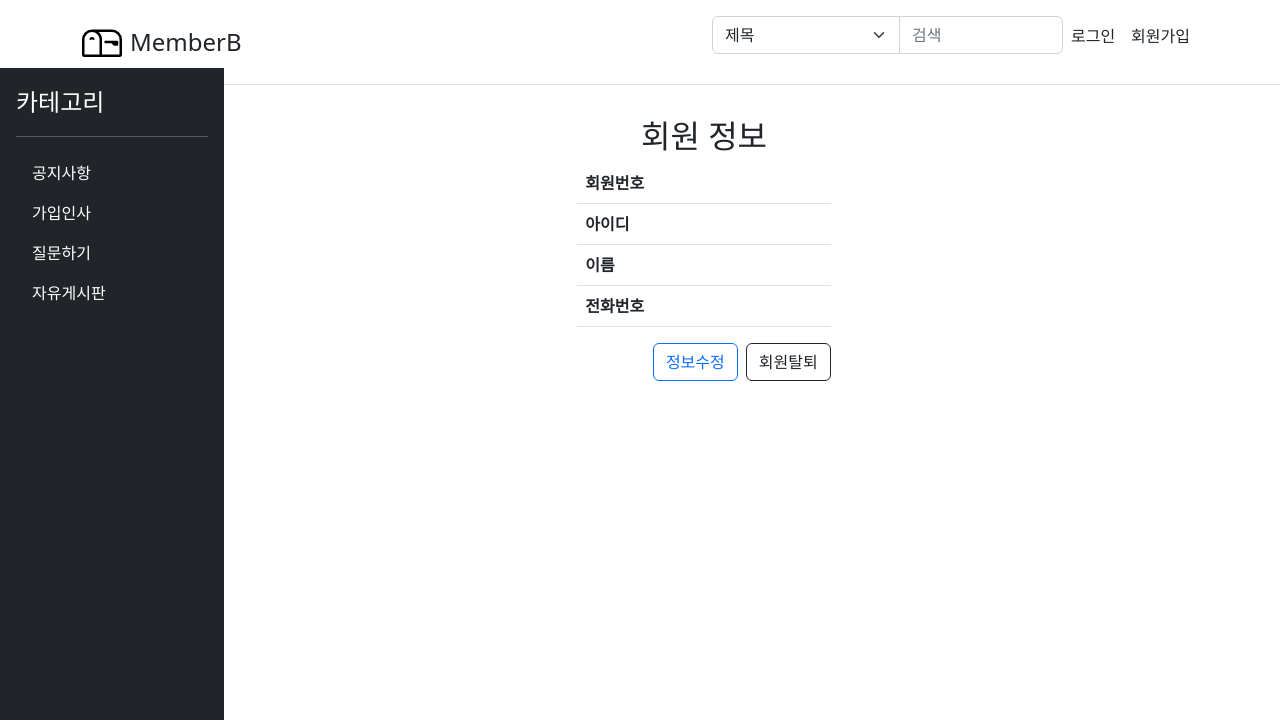
Repository: charmErin/board_220915
Page: http://localhost/board/WEB-INF/views/member/detail.jsp
These files come from the project's save history. The page is drawn as it stood at one moment and after the next save; the edit follows.
The browser window is 1280 px wide. The pictures show the whole page.
The page is served by Tomcat 9. Nobody is signed in. Other server files are loaded and not shown. The template is opened directly, without the code that normally fills it, so the values that code supplies are empty.

Above is the page before, as saved 2022-09-16 02:28:55.
Console error: SyntaxError: Unexpected token ';'

### board/src/main/webapp/WEB-INF/views/member/detail.jsp
<%@ page language="java" contentType="text/html; charset=UTF-8"
    pageEncoding="UTF-8"%>
<%@ taglib uri="http://java.sun.com/jsp/jstl/core" prefix="c" %>
<!DOCTYPE html>
<html>
<head>
<meta charset="UTF-8">
<title>Insert title here</title>
<style>
	.body-content {
		margin-top: 2rem;
		margin-left: 15rem;
		padding-left: 3rem;
		padding-right: 10rem;
	}

	h2 {
		text-align: center;
		margin: 50px;
	}
</style>
</head>
<body>
	<%@include file ="../layout/header.jsp" %>
	<div class="body-content">
	<div class="container col-4">
		<h2>회원 정보</h2>
		<table class="table">
			<tr>
				<th scope="row">회원번호</th>
				<td>${member.id}</td>
			</tr>
			<tr>
				<th scope="row">아이디</th>
				<td>${member.loginId}</td>
			</tr>
			<tr>
				<th scope="row">이름</th>
				<td>${member.memberName}</td>
			</tr>
			<tr>
				<th scope="row">전화번호</th>
				<td>${member.memberMobile}</td>
			</tr>
		</table>
		<c:if test="${sessionScope.id == member.id}">
			<c:choose>
				<c:when test="${sessionScope.memberName == '관리자'}">
					<div class="d-grid gap-2 d-md-flex justify-content-md-end">
						<button type="button" class="btn btn-outline-dark" onclick="memberList()">회원목록</button>
					</div>
				</c:when>
				<c:otherwise>
					<div class="d-grid gap-2 d-md-flex justify-content-md-end">
				<button type="button" class="btn btn-outline-primary" onclick="memberUpdate()">정보수정</button>
				<button type="button" class="btn btn-outline-dark" onclick="memberDelete()">회원탈퇴</button>
			</div>
				</c:otherwise>
			</c:choose>
		</c:if>
	</div>
	</div>
</body>
<script>
	const memberUpdate = () => {
		location.href = "/member/update-form/" + ${sessionScope.id};
	}

	const memberDelete = () => {
		location.href = "/member/delete/" + ${sessionScope.id};
	}

	const memberList = () => {
		location.href = "/member/findAll";
	}
</script>
</html>

### board/src/main/webapp/WEB-INF/views/layout/header.jsp
<%@ page language="java" contentType="text/html; charset=UTF-8"
    pageEncoding="UTF-8"%>
<%@ taglib uri="http://java.sun.com/jsp/jstl/core" prefix="c" %>
<%@ taglib prefix="fmt" uri="http://java.sun.com/jsp/jstl/fmt" %>
<!DOCTYPE html>
<html>
<head>
<meta charset="UTF-8">
<link href="https://cdn.jsdelivr.net/npm/bootstrap@5.2.1/dist/css/bootstrap.min.css" rel="stylesheet" integrity="sha384-iYQeCzEYFbKjA/T2uDLTpkwGzCiq6soy8tYaI1GyVh/UjpbCx/TYkiZhlZB6+fzT" crossorigin="anonymous">
<title>Insert title here</title>
<style>
	.side-bar {
		width: 14rem;
		height: 100%;
		position: fixed;
		display: inline !important;
		z-index: 1;
		padding: 0;
	}
</style>
</head>
<body>
	<header class="py-3 border-bottom header-fix">
		<div class="container d-flex flex-wrap justify-content-center">
			<a href="/" class="d-flex align-items-center mb-3 mb-lg-0 me-lg-auto text-dark text-decoration-none">
				<img src="../../../resources/svg/mailbox.svg" width="40" height="40">
				<span class="fs-4 m-2">
					MemberB
				</span>
			</a>
			<form class="col-md-auto" action="/board/search" method="get">
				<div class="input-group">
					<select class="form-select" name="searchType">
						<option value="boardTitle">제목</option>
						<option value="boardWriter">작성자</option>
						<option value="boardContetns">내용</option>
					</select>
					<input class="form-control col-2" type="text" name="q" placeholder="검색" aria-label="Search">
				</div>
			</form>
			<div>
				<c:choose>
					<c:when test="${sessionScope.id == null}">
						<ul class="nav">
							<li class="nav-item">
								<a href="/member/login-form" class="nav-link link-dark px-2">로그인</a>
							</li>
							<li class="nav-item">
								<a href="/member/save-form" class="nav-link link-dark px-2">회원가입</a>
							</li>
						</ul>
					</c:when>
					<c:otherwise>
						<ul class="nav">
							<li class="nav-item">
								<a href="/member/detail/${sessionScope.id}" class="nav-link link-dark px-2">${sessionScope.memberName}</a>
							</li>
							<c:if test="${sessionScope.loginId eq 'admin'}">
								<li class="nav-item">
									<a href="/member/findAll" class="nav-link link-dark px-2">회원목록</a>
								</li>
							</c:if>
							<li class="nav-item">
								<a href="/member/logout" class="nav-link link-dark px-2">로그아웃</a>
							</li>
						</ul>
					</c:otherwise>
				</c:choose>
			</div>
		</div>
		<div class="d-flex flex-column flex-shrink-0 p-3 text-bg-dark side-bar">
			<span class="fs-4">카테고리</span>
			<hr>
			<ul class="nav nav-pills flex-column mb-auto">
				<li class="nav-item">
					<a href="/board/1" class="nav-link text-white">공지사항</a>
				</li>
				<li>
					<a href="/board/2" class="nav-link text-white">가입인사</a>
				</li>
				<li>
					<a href="/board/3" class="nav-link text-white">질문하기</a>
				</li>
				<li>
					<a href="/board/4" class="nav-link text-white">자유게시판</a>
				</li>
			</ul>
		</div>
	</header>
</body>
</html>

### board/src/main/webapp/resources/svg/mailbox.svg
<svg xmlns="http://www.w3.org/2000/svg" width="16" height="16" fill="currentColor" class="bi bi-mailbox" viewBox="0 0 16 16">
  <path d="M4 4a3 3 0 0 0-3 3v6h6V7a3 3 0 0 0-3-3zm0-1h8a4 4 0 0 1 4 4v6a1 1 0 0 1-1 1H1a1 1 0 0 1-1-1V7a4 4 0 0 1 4-4zm2.646 1A3.99 3.99 0 0 1 8 7v6h7V7a3 3 0 0 0-3-3H6.646z"/>
  <path d="M11.793 8.5H9v-1h5a.5.5 0 0 1 .5.5v1a.5.5 0 0 1-.5.5h-1a.5.5 0 0 1-.354-.146l-.853-.854zM5 7c0 .552-.448 0-1 0s-1 .552-1 0a1 1 0 0 1 2 0z"/>
</svg>

After the next save:
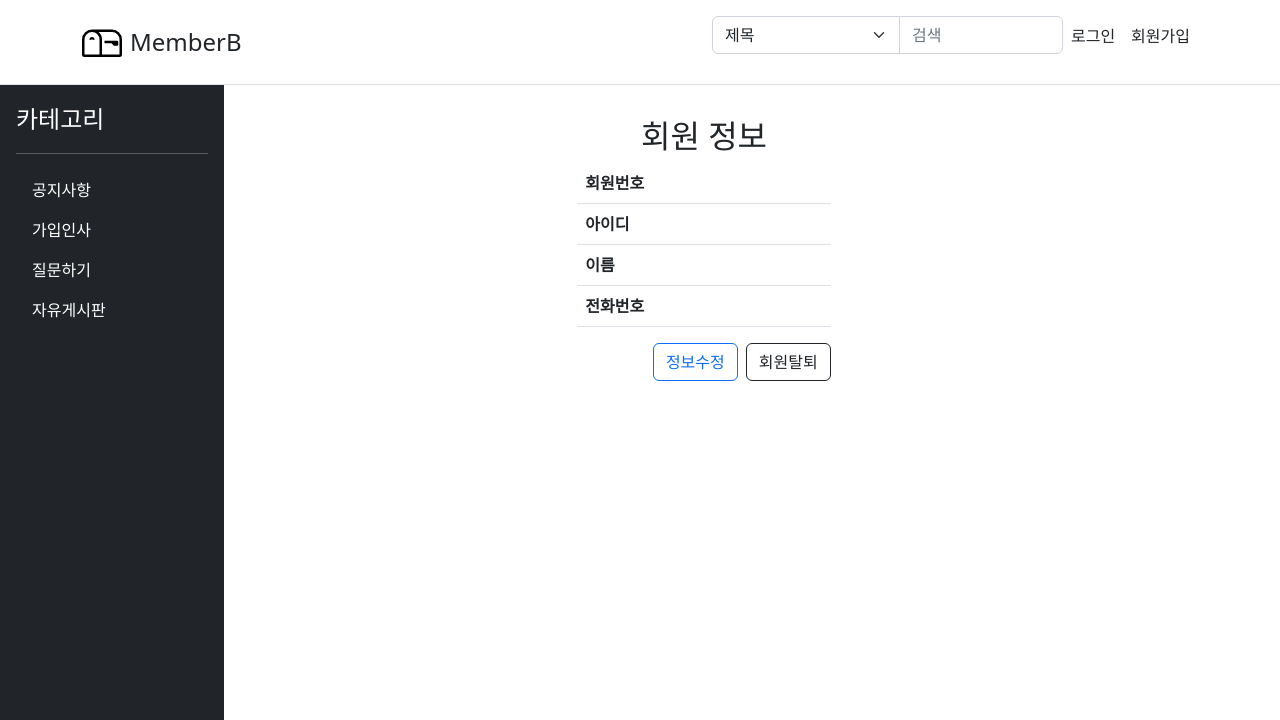
Saved 14 s later.
--- a/board/src/main/webapp/WEB-INF/views/layout/header.jsp
+++ b/board/src/main/webapp/WEB-INF/views/layout/header.jsp
@@ -14,8 +14,6 @@
 		height: 100%;
 		position: fixed;
 		display: inline !important;
-		z-index: 1;
-		padding: 0;
 	}
 </style>
 </head>
@@ -68,6 +66,7 @@
 				</c:choose>
 			</div>
 		</div>
+	</header>
 		<div class="d-flex flex-column flex-shrink-0 p-3 text-bg-dark side-bar">
 			<span class="fs-4">카테고리</span>
 			<hr>
@@ -86,6 +85,5 @@
 				</li>
 			</ul>
 		</div>
-	</header>
 </body>
 </html>
